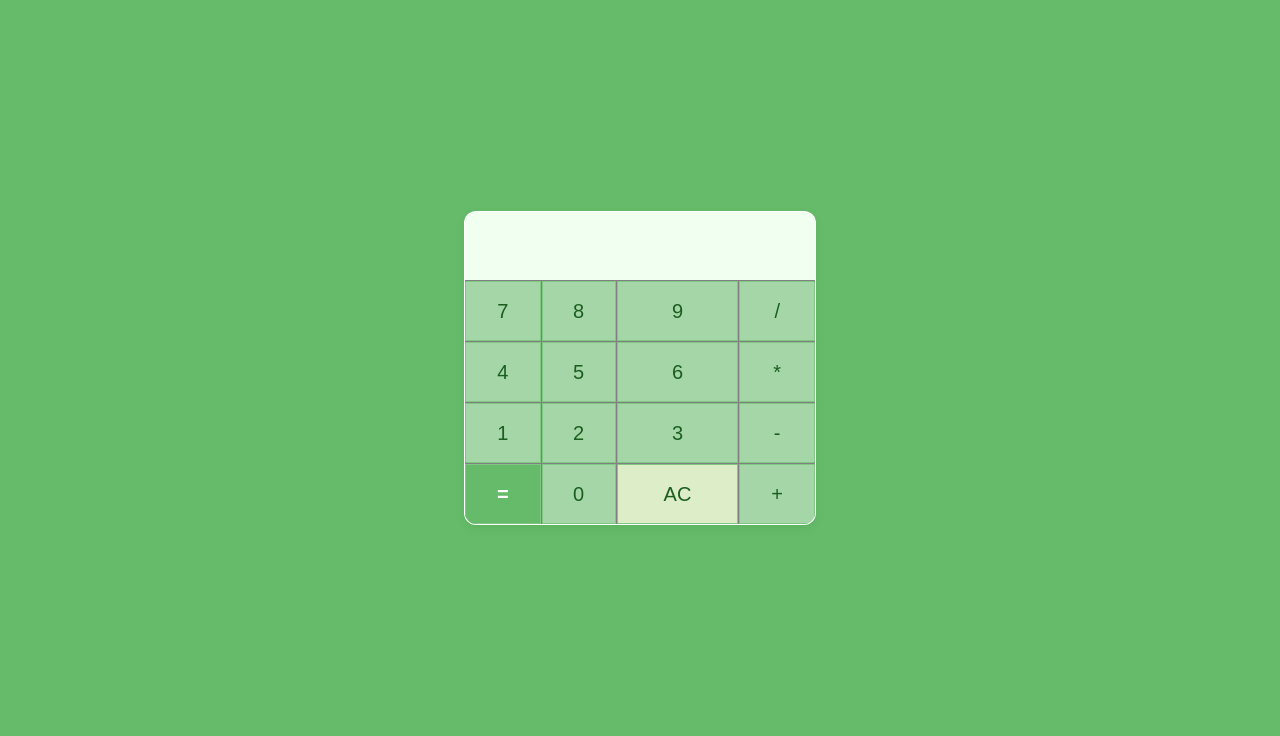
Repository: Yejin-source/st-work
Page: join/src/main/webapp/cal.html
These files come from the project's save history. The page is drawn as it stood at one moment and after the next save; the edit follows.
The browser window is 1280 px wide. The pictures show the whole page.

Above is the page before, as saved 2025-04-30 08:49:42.

### join/src/main/webapp/cal.html
<!DOCTYPE html>
<html>
<head>
<meta charset="UTF-8">
<title>Insert title here</title>
  <style>
    body {
      background-color: #66bb6a; /* 아주 연한 초록-민트 */
      font-family: 'Segoe UI', sans-serif;
      display: flex;
      justify-content: center;
      align-items: center;
      height: 100vh;
    }

    table {
      border-collapse: collapse;
      background-color: #ffffff;
      border-radius: 12px;
      box-shadow: 0 4px 10px rgba(0, 128, 0, 0.1);
      overflow: hidden;
    }

    input[type="text"] {
      width: 100%;
      padding: 20px;
      font-size: 24px;
      border: none;
      background-color: #f0fff0;
      text-align: right;
      color: #2e7d32;
    }

    td {
      padding: 0;
    }

    button {
      width: 100%;
      height: 60px;
      font-size: 20px;
      background-color: #a5d6a7; /* 밝은 연두 */
      border: 1px solid #81c784;
      color: #1b5e20;
      cursor: pointer;
      transition: 0.2s;
    }

    button:hover {
      background-color: #81c784; /* 좀 더 진한 연두 */
    }

    #equal {
      background-color: #66bb6a;
      color: white;
      font-weight: bold;
    }

    #equal:hover {
      background-color: #388e3c;
    }

    #back {
      background-color: #dcedc8;
    }

    #back:hover {
      background-color: #aed581;
    }
  </style>


</head>
<body>
	<table border="1">
		<tr>
			<td colspan="4"><input type="text" id="result"></td>
		</tr>
		<tr>
			<td><button type="button" id="seven">7</button></td>
			<td><button type="button" id="eight">8</button></td>
			<td><button type="button" id="nine">9</button></td>
			<td><button type="button" id="divide">/</button></td>
		</tr>
		<tr>
			<td><button type="button" id="four">4</button></td>
			<td><button type="button" id="five">5</button></td>
			<td><button type="button" id="six">6</button></td>
			<td><button type="button" id="multiple">*</button></td>
		</tr>
		<tr>
			<td><button type="button" id="one">1</button></td>
			<td><button type="button" id="two">2</button></td>
			<td><button type="button" id="three">3</button></td>
			<td><button type="button" id="minus">-</button></td>
		</tr>
		<tr>
			<td><button type="button" id="equal">=</button></td>
			<td><button type="button" id="zero">0</button></td>
			<td><button type="button" id="back">AC</button></td>
			<td><button type="button" id="plus">+</button></td>
		</tr>
	</table>
	<script>
		// 콜백함수: 매개변수로 전달하는 함수

		/*
			let zeroClick = function() {
				alert('zeroClick');
			}
		*/

		let result = '';

		// 0 입력
		document.querySelector('#zero').addEventListener('click', function() { // ('이벤트 이름', 콜백함수)
			if(result == 0) {
				alert('0으로 시작할 수 없습니다.');
				return;
			}
			result = result + 0;
			document.querySelector('#result').value = result;
		});

		// 1 입력
		document.querySelector('#one').addEventListener('click', function() {
			result = result + 1;
			document.querySelector('#result').value = result;
		});

		// 2 입력
		document.querySelector('#two').addEventListener('click', function() {
			result = result + 2;
			document.querySelector('#result').value = result;
		});

		// 3 입력
		document.querySelector('#three').addEventListener('click', function() {
			result = result + 3;
			document.querySelector('#result').value = result;
		});

		// 4 입력
		document.querySelector('#four').addEventListener('click', function() {
			result = result + 4;
			document.querySelector('#result').value = result;
		});

		// 5 입력
		document.querySelector('#five').addEventListener('click', function() {
			result = result + 5;
			document.querySelector('#result').value = result;
		});

		// 6 입력
		document.querySelector('#six').addEventListener('click', function() {
			result = result + 6;
			document.querySelector('#result').value = result;
		});

		// 7 입력
		document.querySelector('#seven').addEventListener('click', function() {
			result = result + 7;
			document.querySelector('#result').value = result;
		});

		// 8 입력
		document.querySelector('#eight').addEventListener('click', function() {
			result = result + 8;
			document.querySelector('#result').value = result;
		});

		// 9 입력
		document.querySelector('#nine').addEventListener('click', function() {
			result = result + 9;
			document.querySelector('#result').value = result;
		});


		// 나누기 연산자
		document.querySelector('#divide').addEventListener('click', function() {
			if(isNaN(result[result.length-1])) { // result의 마지막 글자가 연산자라면 | isNaN() 함수: 숫자면 false 반환
				alert('연산자를 연속으로 입력할 수 없습니다.');
				return;
			}
			result = result + '/';
			document.querySelector('#result').value = result;
		});

		// 곱하기 연산자
		document.querySelector('#multiple').addEventListener('click', function() {
			if(isNaN(result[result.length-1])) { // result의 마지막 글자가 연산자라면
				alert('연산자를 연속으로 입력할 수 없습니다.');
				return;
			}
			result = result + '*';
			document.querySelector('#result').value = result;
		});

		// 빼기 연산자
		document.querySelector('#minus').addEventListener('click', function() {
			if(isNaN(result[result.length-1])) { // result의 마지막 글자가 연산자라면
				alert('연산자를 연속으로 입력할 수 없습니다.');
				return;
			}
			result = result + '-';
			document.querySelector('#result').value = result;
		});

		// 더하기 연산자
		document.querySelector('#plus').addEventListener('click', function() {
			if(isNaN(result[result.length-1])) { // result의 마지막 글자가 연산자라면
				alert('연산자를 연속으로 입력할 수 없습니다.');
				return;
			}
			result = result + '+';
			document.querySelector('#result').value = result;
		});


		// 한 글자 지우기
		document.querySelector('#back').addEventListener('click', function() {
			if(isNaN(result[result.length-1])) { // result의 마지막 글자가 연산자라면
				alert('연산자는 지울 수 없습니다.');
				return;
			}
			result = result.slice(0, -1); // slice() 메서드: 배열이나 문자열에서 일부분을 잘라내는 메서드
			// result.slice(start, end) -> end: 끝 인덱스는 미포함
			document.querySelector('#result').value = result;
		});


		// result 문자 전체를 파싱해서 연산해서 결과
	</script>
</body>
</html>

After the next save:
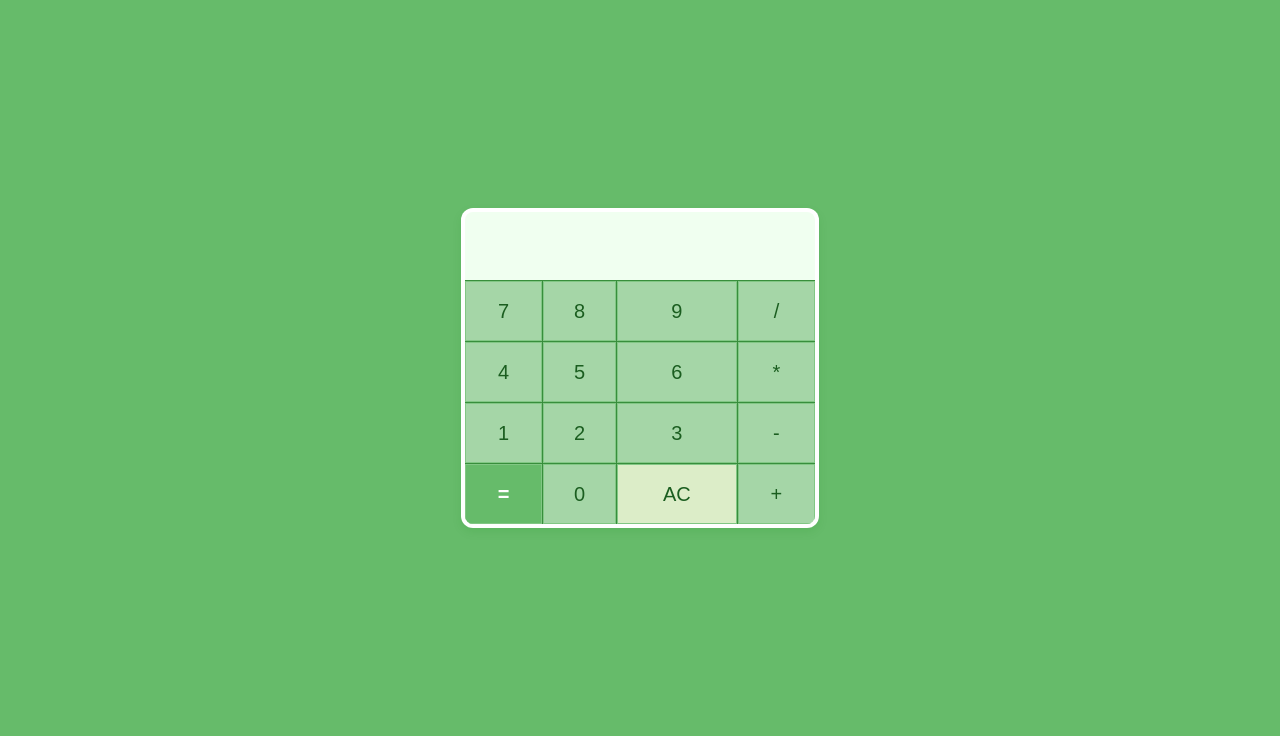
Saved 39 s later.
--- a/join/src/main/webapp/cal.html
+++ b/join/src/main/webapp/cal.html
@@ -19,6 +19,7 @@
       border-radius: 12px;
       box-shadow: 0 4px 10px rgba(0, 128, 0, 0.1);
       overflow: hidden;
+      border: 4px solid #388e3c;
     }
 
     input[type="text"] {
